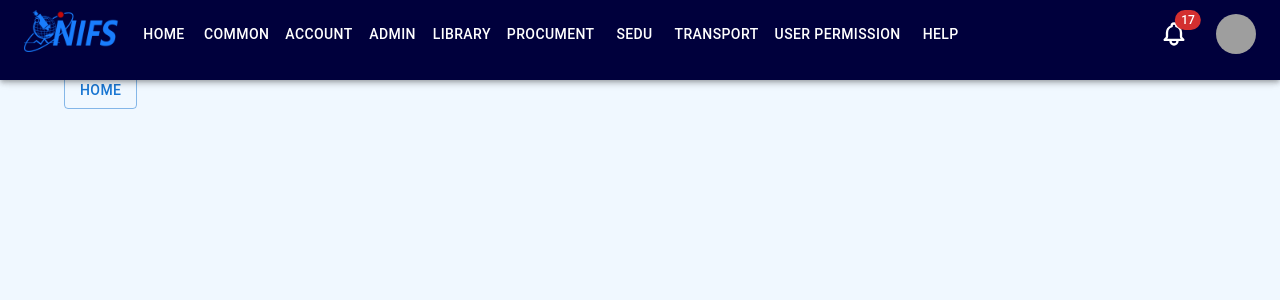
Repository: virangaj/NIFS-WebApp
Page: /sedu/report-generator (app in client/)
These files come from the project's save history. The page is drawn as it stood at one moment and after the next save; the edit follows.
The browser window is 1280 px wide. The pictures show the whole page.
Pictures or frames that could not be fetched are drawn as grey boxes. The project was rebuilt for these pictures with package versions that can differ from the ones it lists, and the page was loaded fresh each time. Also part of the build but not shown: client/src/pages/Login.tsx, client/src/pages/Home.tsx, client/src/components/Transport/shared/TransportNavbar.js, client/src/pages/TransportMainPage.tsx, client/src/pages/CommonMainPage.tsx, client/src/pages/AccountMainPage.tsx, client/src/pages/AdminMainPage.tsx, client/src/pages/LibraryMainPage.js and 13 more.

Above is the page before, as saved 2022-07-27 20:01:56.

After the next save:
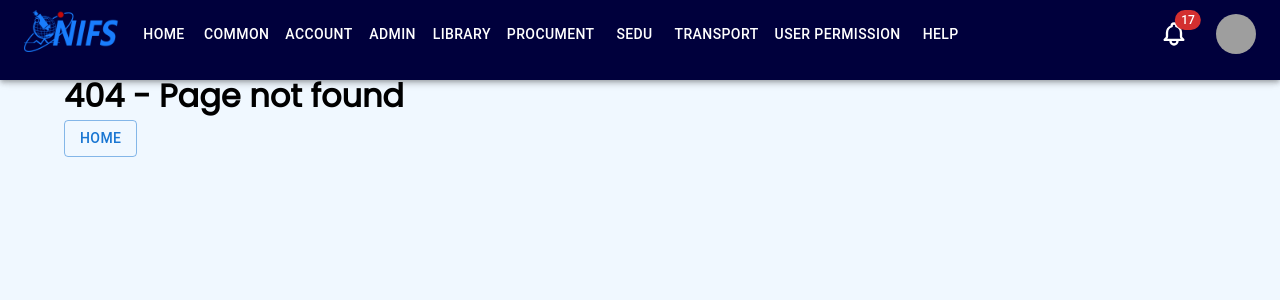
Saved 15 s later.
--- a/client/src/pages/ErrorPage.tsx
+++ b/client/src/pages/ErrorPage.tsx
@@ -6,6 +6,7 @@ function ErrorPage() {
     return (
         <div className="body-content">
             <div>
+                <h1>404 - Page not found</h1>
                 <Link to='/'>
                     <Button variant="outlined">Home</Button>
                 </Link>
